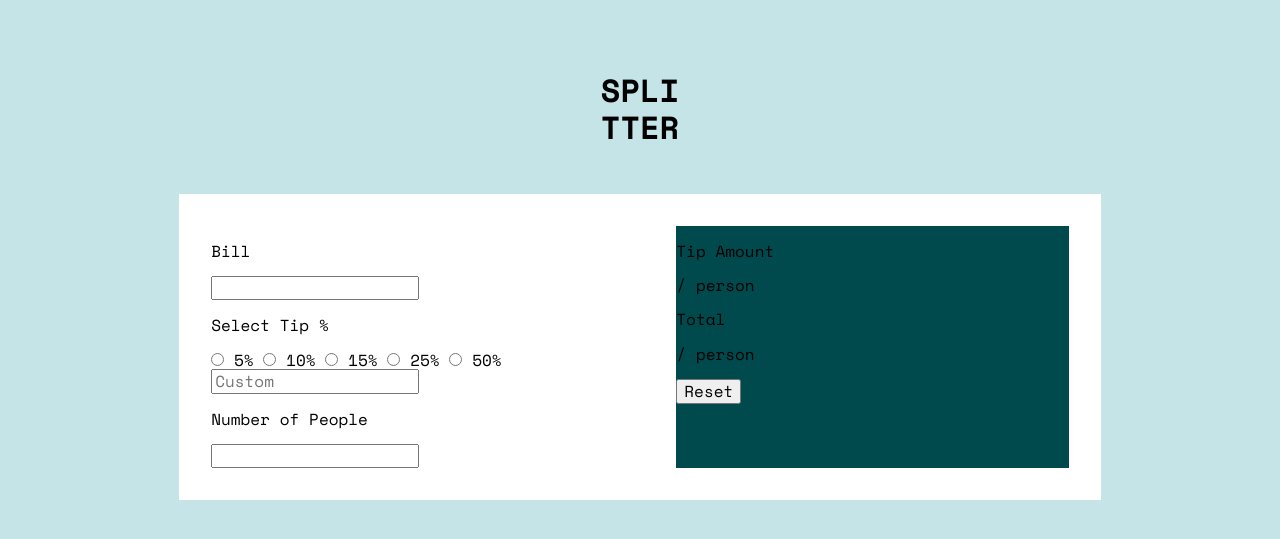
Repository: Jay-JYKim91/FM_tip-calculator
Page: index.html
An editor plug-in stored every save of this project. The page is shown before and after the next save, followed by the edit.
The browser window is 1280 px wide. The pictures show the whole page.

Above is the page before, as saved 2021-12-21 12:57:52.

### index.html
<!DOCTYPE html>
<html lang="en">
<head>
  <meta charset="UTF-8">
  <meta name="viewport" content="width=device-width, initial-scale=1.0"> <!-- displays site properly based on user's device -->

  <link rel="icon" type="image/png" sizes="32x32" href="./images/favicon-32x32.png">

  <title>Tip calculator</title>
  <link rel="preconnect" href="https://fonts.googleapis.com">
  <link rel="preconnect" href="https://fonts.gstatic.com" crossorigin>
  <link href="https://fonts.googleapis.com/css2?family=Space+Mono:wght@400;700&display=swap" rel="stylesheet">
  <link rel="stylesheet" href="https://cdnjs.cloudflare.com/ajax/libs/normalize/8.0.1/normalize.min.css" integrity="sha512-NhSC1YmyruXifcj/KFRWoC561YpHpc5Jtzgvbuzx5VozKpWvQ+4nXhPdFgmx8xqexRcpAglTj9sIBWINXa8x5w==" crossorigin="anonymous" referrerpolicy="no-referrer" />
  <link rel="stylesheet" href="style.css">
  <script src="main.js" defer></script>

</head>
<body>
  <main class="container">
    <h1 class="main-title">Spli<br>tter</h1>
    <section class="calculator-wrapper">
      <article class="input-wrapper">
        <div>
          <p class="title">Bill</p>
          <input type="text">
        </div>
        <div>
          <p class="title">Select Tip %</p>
          <input type="radio" id="5%" name="percentage">
          <label for="5%">5%</label>
          <input type="radio" id="10%" name="percentage">
          <label for="10%">10%</label>
          <input type="radio" id="15%" name="percentage">
          <label for="15%">15%</label>
          <input type="radio" id="25%" name="percentage">
          <label for="25%">25%</label>
          <input type="radio" id="50%" name="percentage">
          <label for="50%">50%</label>
          <input type="text" placeholder="Custom">
        </div>
        <div>
          <p class="title">Number of People</p>
          <input type="text">
        </div>
      </article>
      <article class="result_wrapper">
        <div class="result_rows">
          <div class="result_row">
            <div class="result_title_wrapper">
              <p class="title">Tip Amount</p>
              <p class="subtitle">/ person</p>
            </div>
            <p id="tipAmountPrice"></p>
          </div>
          <div class="result_row">
            <div class="result_title_wrapper">
              <p class="title">Total</p>
              <p class="subtitle">/ person</p>
            </div>
            <p id="totalPrice"></p>
          </div>
        </div>
        <div>
          <button>Reset</button>
        </div>
      </article>
    </section>
  </main>
</body>
</html>

### style.css
:root {
  --body-font: "Space Mono", monospace;

  --strong-cyan: hsl(172, 67%, 45%);
  --very-dark-cyan: hsl(183, 100%, 15%);
  --dark-grayish-cyan: hsl(186, 14%, 43%);
  --dark-grayish-cyan: hsl(184, 14%, 56%);
  --light-grayish-cyan1: hsl(185, 41%, 84%);
  --light-grayish-cyan2: hsl(189, 41%, 97%);
  --white: hsl(0, 0%, 100%);
}
body {
  background-color: var(--light-grayish-cyan1);
  font-family: var(--body-font);
}
.container {
  margin: 10vh 14vw;
}
.main-title {
  margin: 3rem;
  text-align: center;
  text-transform: uppercase;
}
.calculator-wrapper {
  background-color: var(--white);
  display: flex;
  justify-content: space-between;
  padding: 2rem;
}
.input_wrapper {
  flex-basis: 50%;
}
.result_wrapper {
  background-color: var(--very-dark-cyan);
  flex-basis: 50%;
}
/* Tablet size */
@media (min-width: 768px) and (max-width: 1023px) {
}

/* Mobile size */
@media (max-width: 767px) {
}

Loaded but not shown: main.js (empty)

After the next save:
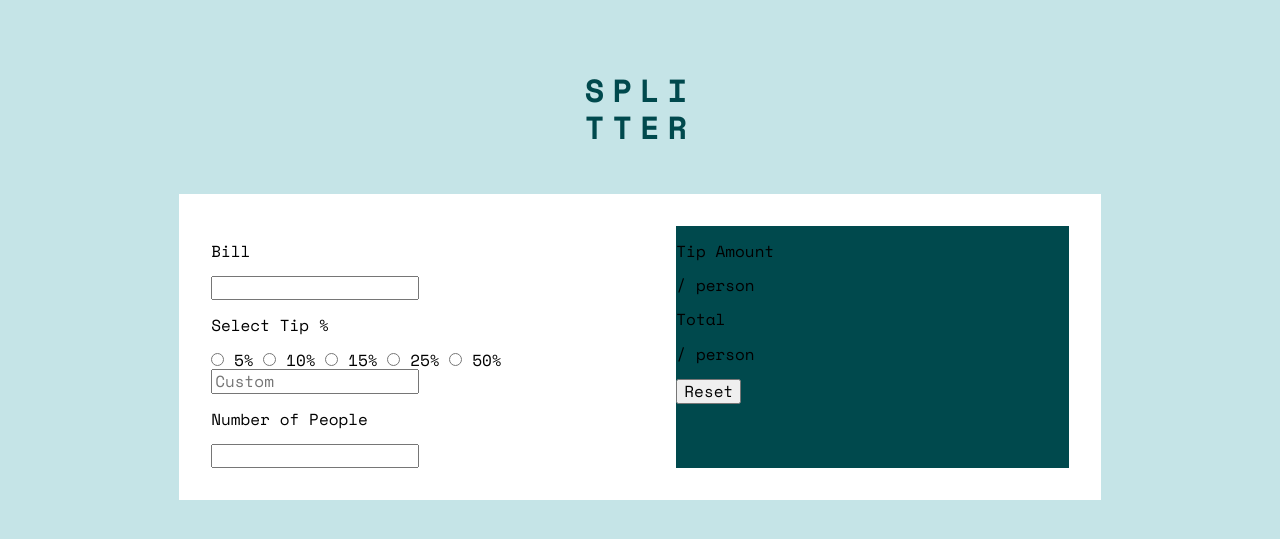
Saved 94 s later.
--- a/style.css
+++ b/style.css
@@ -20,6 +20,8 @@ body {
   margin: 3rem;
   text-align: center;
   text-transform: uppercase;
+  letter-spacing: 8px;
+  color: var(--very-dark-cyan);
 }
 .calculator-wrapper {
   background-color: var(--white);
